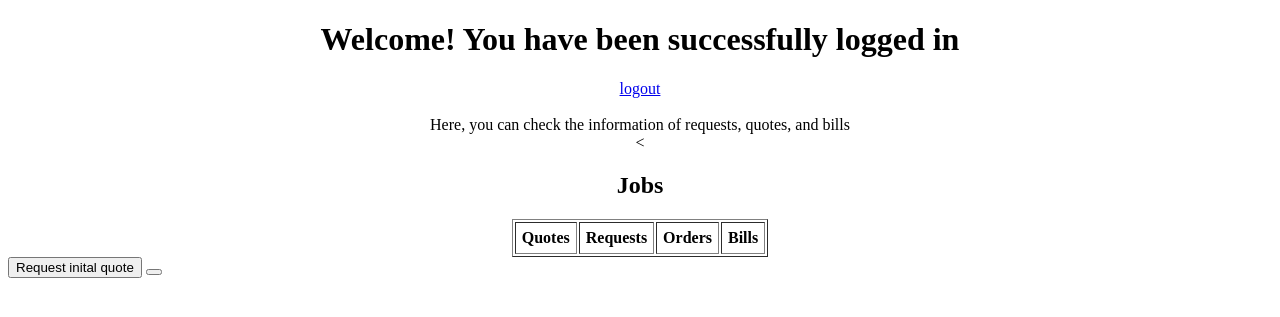
Repository: Sahithkonuganti/DatabaseProject
Page: http://localhost/database/clientpage.jsp
An editor plug-in stored every save of this project. The page is shown before and after the next save, followed by the edit.
The browser window is 1280 px wide. The pictures show the whole page.
The page is served by Tomcat 9. Other server files are loaded and not shown.

Above is the page before, as saved 2023-10-28 17:26:18.

### database/WebContent/clientpage.jsp
<%@ page language="java" contentType="text/html; charset=ISO-8859-1"
    pageEncoding="ISO-8859-1"%>
<%@ taglib uri="http://java.sun.com/jsp/jstl/core" prefix="c" %>

<!DOCTYPE html>
<html>
<head>
<meta charset="ISO-8859-1">
<title>Client page</title>
</head>
<!--  originally called activitypage.jsp -->
<center><h1>Welcome! You have been successfully logged in</h1> </center>


	<body>
	<center>
	<a href="login.jsp"target ="_self" > logout</a><br><br>
		<a>Here, you can check the information of requests, quotes, and bills</a>
			<div align="center"><<table border="1" cellpadding="6">
			<caption><h2>Jobs</h2></caption>
				<tr>
					<th>Quotes</th>
					<th>Requests</th>
					<th>Orders</th>
					<th>Bills</th>
				</tr>
			</table>
		</div>
		</center>
		<form action = "generate">
		<input type = "submit" value = "Request inital quote"/>
		<button></button>
	</form>
	</body>
	</html>

After the next save:
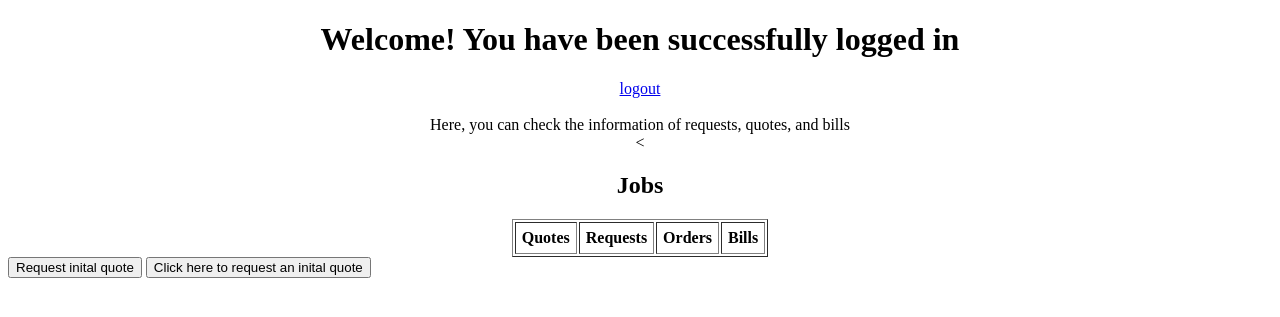
Saved 83 s later.
--- a/database/WebContent/clientpage.jsp
+++ b/database/WebContent/clientpage.jsp
@@ -29,7 +29,7 @@
 		</center>
 		<form action = "generate">
 		<input type = "submit" value = "Request inital quote"/>
-		<button></button>
+		<button onclick="window.location.href" = InitalRequest.jsp>Click here to request an inital quote</button>
 	</form>
 	</body>
 	</html>
